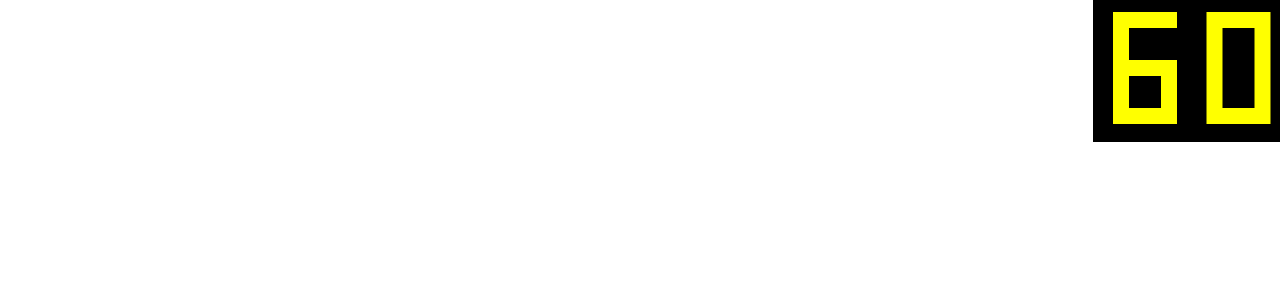
Repository: aliendetonator/fake-fraps-counter
Page: index.html
These files come from the project's save history. The page is drawn as it stood at one moment and after the next save; the edit follows.
The browser window is 1280 px wide. The pictures show the whole page.

Above is the page before, as saved 2023-08-31 03:59:04.

### index.html
<!DOCTYPE html>
<html lang="en">
<head>
    <meta charset="UTF-8">
    <meta name="viewport" content="width=device-width, initial-scale=1.0">
    <title>Fake Fraps Counter</title>
    <link rel="stylesheet" href="src/style.css">
    <script src="src/script.js" defer></script>
</head>
<body>
    <div id="counter-container">
        <h1 id="counter">60</h1>
    </div>
</body>
</html>

### src/style.css
@font-face {
    font-family: "fraps";
    src: url("fraps.ttf")
}

*{
    margin:0;
    padding:0;
}

body{
    width: 100%;
    display: flex;
    flex-direction: row;
    justify-content: flex-end;
}

#counter-container {
    width: fit-content;
    height: fit-content;
    background-color: yellow;
    overflow: hidden;
}

#counter {
    font-family: "Fraps";
    font-size: 144pt;
    margin-bottom: -.20em;
}

### src/script.js
const counter = document.getElementById("counter");

const fps = {
    default: 60,
    min: 57,
    max: 60,
    chanceOfDefault: 80
}
const interval = {
    min: 100,
    max: 300
}

var fpsTimeout;

const getNextIntervalTime = () => {
    return Math.floor(Math.random() * (interval.max - interval.min) ) + interval.min;
}

const getNextFps = () => {

    let chancePercentage = Math.floor(Math.random()*100) + 1;

    if (chancePercentage <= fps.chanceOfDefault) return fps.default;

    return Math.floor(Math.random() * (fps.max - fps.min) ) + fps.min;
}

const setNextInterval = () => {
    fpsTimeout = setTimeout(()=>{

        counter.innerText = getNextFps();

        setNextInterval();
    }
    ,getNextIntervalTime())
}

const main = () => {
    setNextInterval();
}

main();

After the next save:
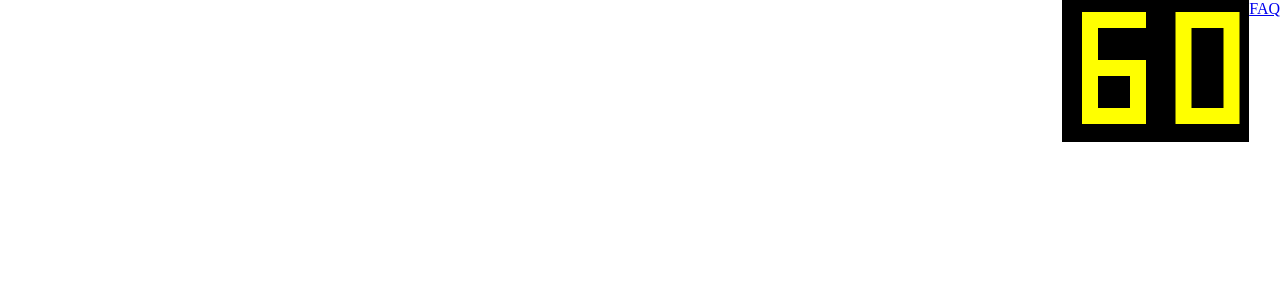
Saved 7 min 58 s later.
--- a/index.html
+++ b/index.html
@@ -11,5 +11,6 @@
     <div id="counter-container">
         <h1 id="counter">60</h1>
     </div>
+    <footer><a href="faq">FAQ</footer>
 </body>
 </html>
